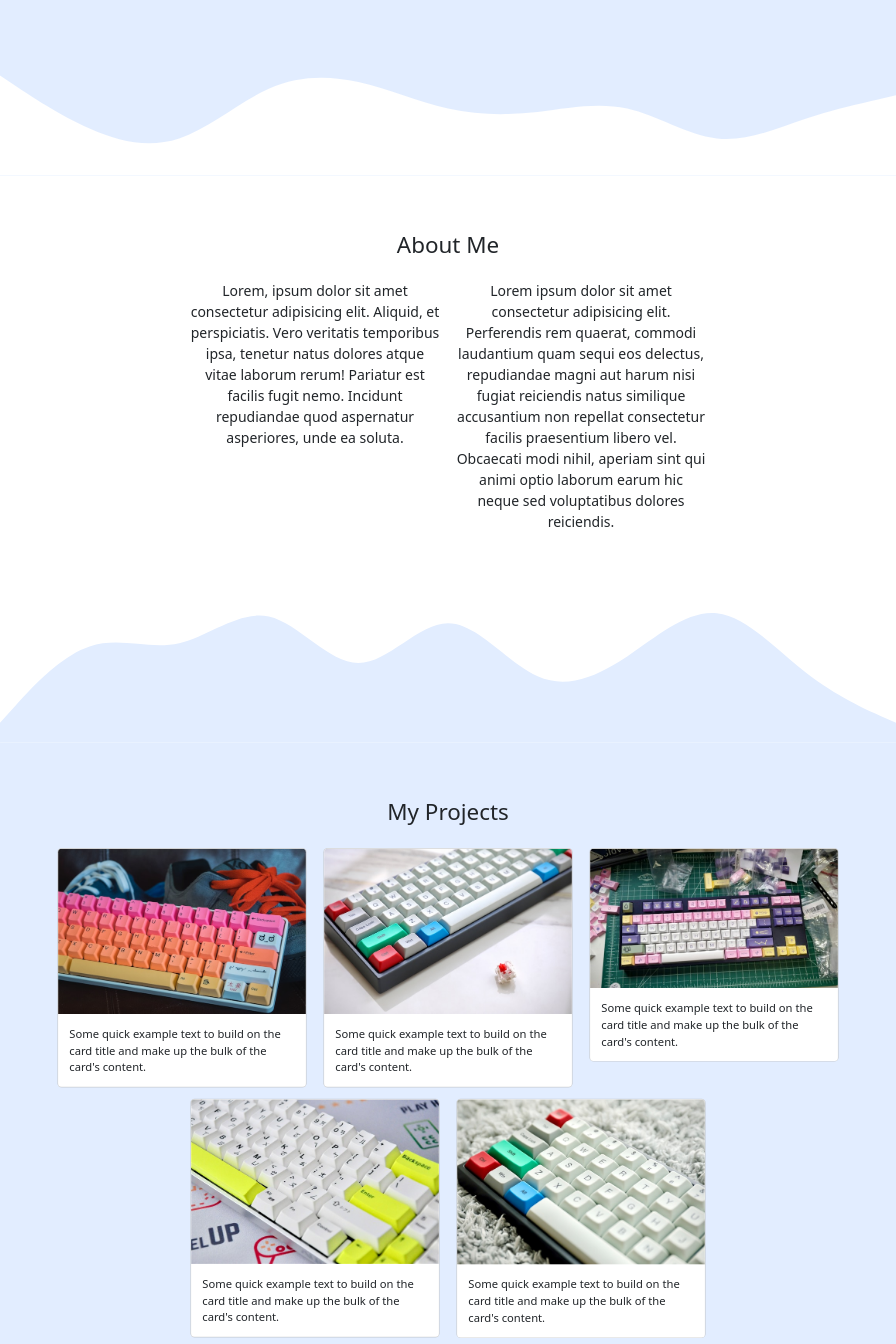
Repository: fadlyyy/fadli-dev.github.io
Page: index.html
An editor plug-in stored every save of this project. The page is shown before and after the next save, followed by the edit.
The browser window is 1280 px wide. The pictures show the part of the page from y = 501 to 2421 px (the page is 3572 px tall before and 3541 px after), at 70% of full size.

Above is the page before, as saved 2024-01-19 18:24:17.

After the next save:
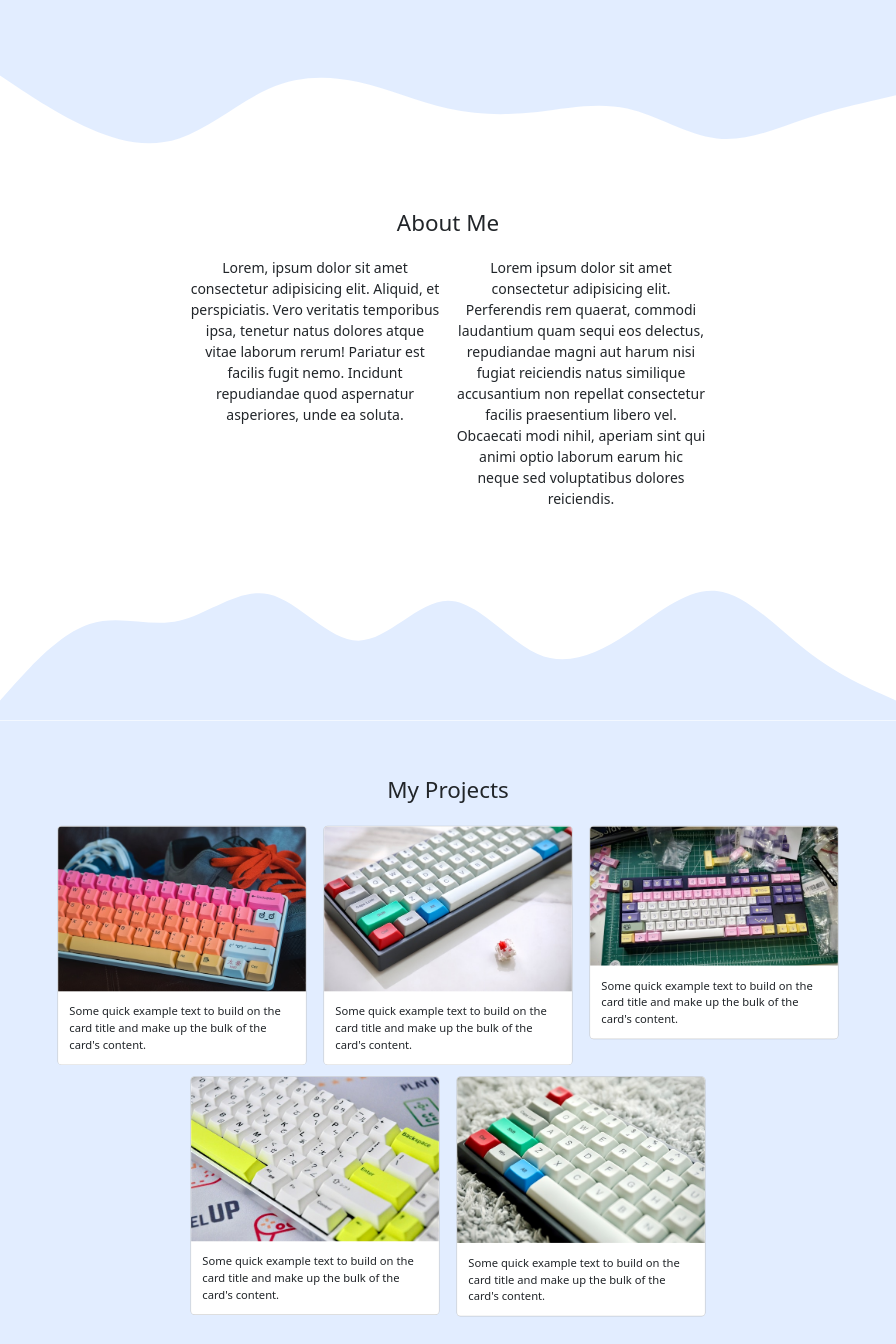
Saved 11 s later.
--- a/style.css
+++ b/style.css
@@ -1,7 +1,7 @@
 .jumbotron {
   padding-top: 6rem;
   background-color: #e2edff;
-  min-height: 100vh;
+  height: 100vh;
 }
 
 #projects {
